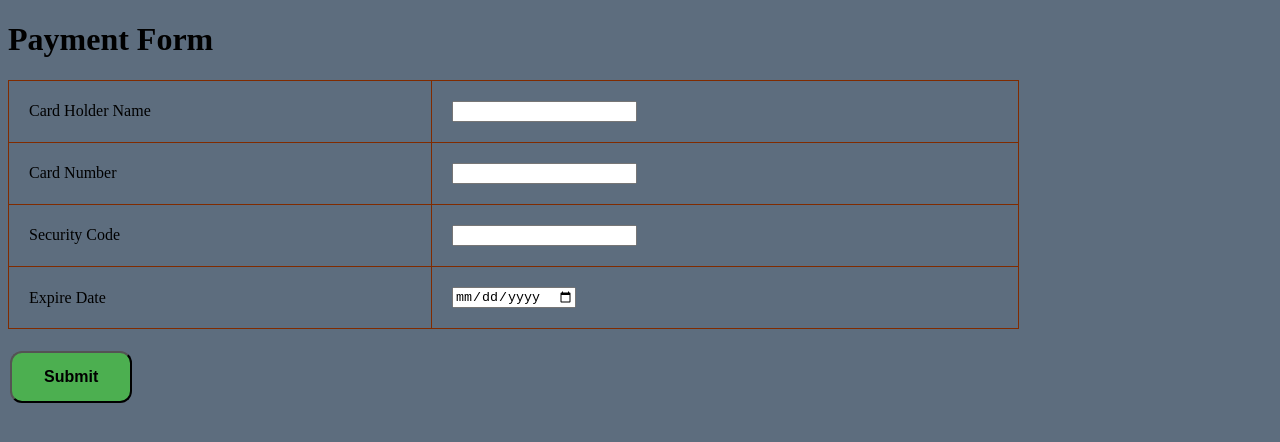
Repository: sandeepa9803/OOP---Online-Travel-web-application
Page: http://localhost/PaymentNew/paymentInfo.jsp
These files come from the project's save history. The page is drawn as it stood at one moment and after the next save; the edit follows.
The browser window is 1280 px wide. The pictures show the whole page.
The page is served by Tomcat 9.

Above is the page before, as saved 2021-10-11 17:43:16.

After the next save:
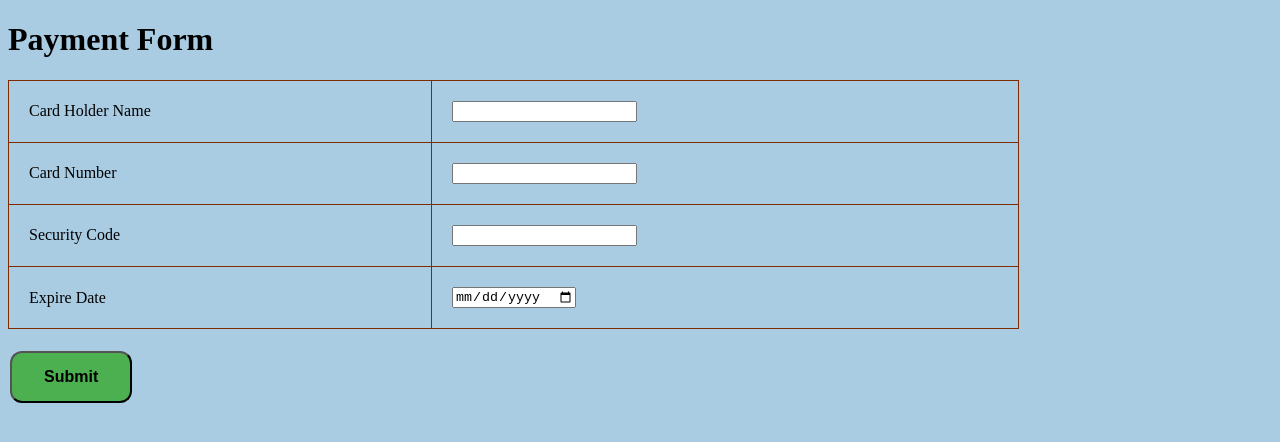
Saved 115 s later.
--- a/PaymentNew/WebContent/paymentInfo.jsp
+++ b/PaymentNew/WebContent/paymentInfo.jsp
@@ -43,7 +43,7 @@ th, td {
 }
 
 body {
-background-color:#5D6D7E  }
+background-color:#A9CCE3  }
 
 
 </style>
